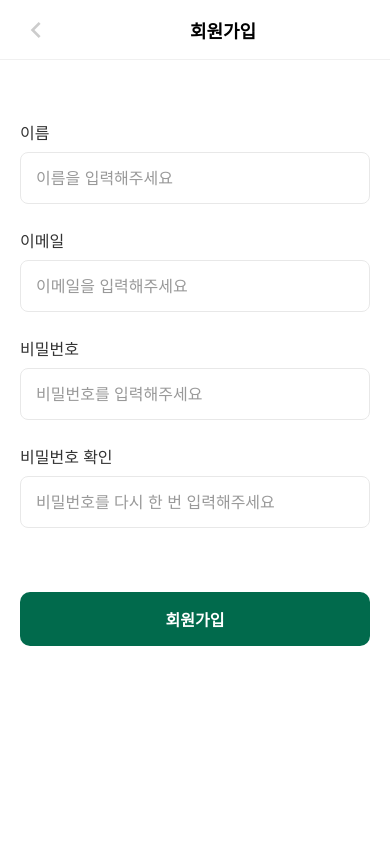
Repository: Sesac-icare/FrontEndiCare
Screen: /SignUp (app in iCare/)
These files come from the project's save history. The screen is drawn as it stood at one moment and after the next save; the edit follows.
The app was drawn by React Native's web renderer in a window 390 px wide. The project was rebuilt for these pictures with package versions that can differ from the ones it lists, and the page was loaded fresh each time. Some packages were replaced by stand-ins written for this rebuild. Also part of the build but not shown: iCare/components/Header.js, iCare/components/Contents.js, iCare/components/HospitalList.js, iCare/components/PharmacyList.js, iCare/components/MyPage.js.

Above is the screen before, as saved 2025-02-06 10:07:36.

After the next save:
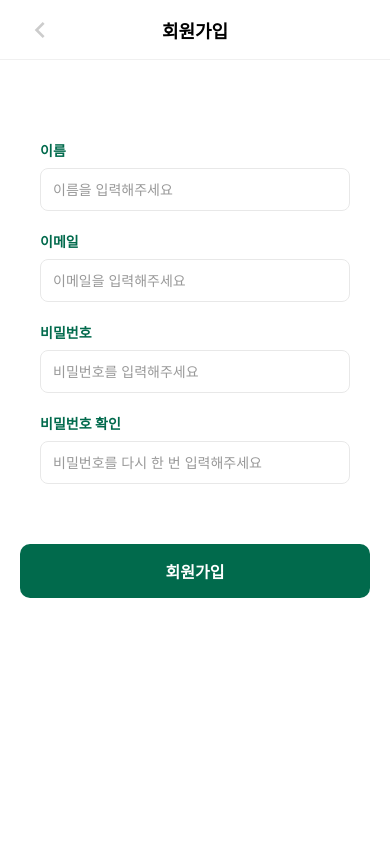
Saved 54 s later.
--- a/iCare/components/auth/SignUp.js
+++ b/iCare/components/auth/SignUp.js
@@ -94,9 +94,11 @@ const styles = StyleSheet.create({
     height: 60,
     flexDirection: "row",
     alignItems: "center",
+    justifyContent: "center",
     borderBottomWidth: 1,
     borderBottomColor: "#f0f0f0",
-    backgroundColor: "#fff"
+    backgroundColor: "#fff",
+    position: "relative"
   },
   headerTitle: {
     fontSize: 18,
@@ -105,39 +107,43 @@ const styles = StyleSheet.create({
     textAlign: "center"
   },
   backButton: {
-    padding: 4,
-    marginLeft: 16
+    position: "absolute",
+    left: 20,
+    padding: 4
+  },
+  logo: {
+    width: 48,
+    height: 48
   },
   content: {
-    flex: 1
+    flex: 1,
+    padding: 20
   },
   inputWrapper: {
     padding: 20,
     marginTop: 40  // 상단 여백 추가
   },
   inputSection: {
-    marginBottom: 24  // 입력 필드 사이 간격
+    marginBottom: 20
   },
   label: {
-    fontSize: 16,
-    color: "#333333",
+    fontSize: 14,
+    color: "#016A4C",
     marginBottom: 8,
-    fontWeight: "500"
+    fontWeight: "600"
   },
   input: {
     borderWidth: 1,
     borderColor: "#E8E8E8",
     borderRadius: 8,
-    padding: 15,
-    fontSize: 16,
-    color: "#222222",
-    backgroundColor: "#fff"
+    padding: 12,
+    fontSize: 14,
+    color: "#222222"
   },
   signUpButton: {
     backgroundColor: "#016A4C",
     paddingVertical: 15,
     borderRadius: 10,
-    marginHorizontal: 20,
     marginTop: 20,
     marginBottom: 40,
     alignItems: "center"
